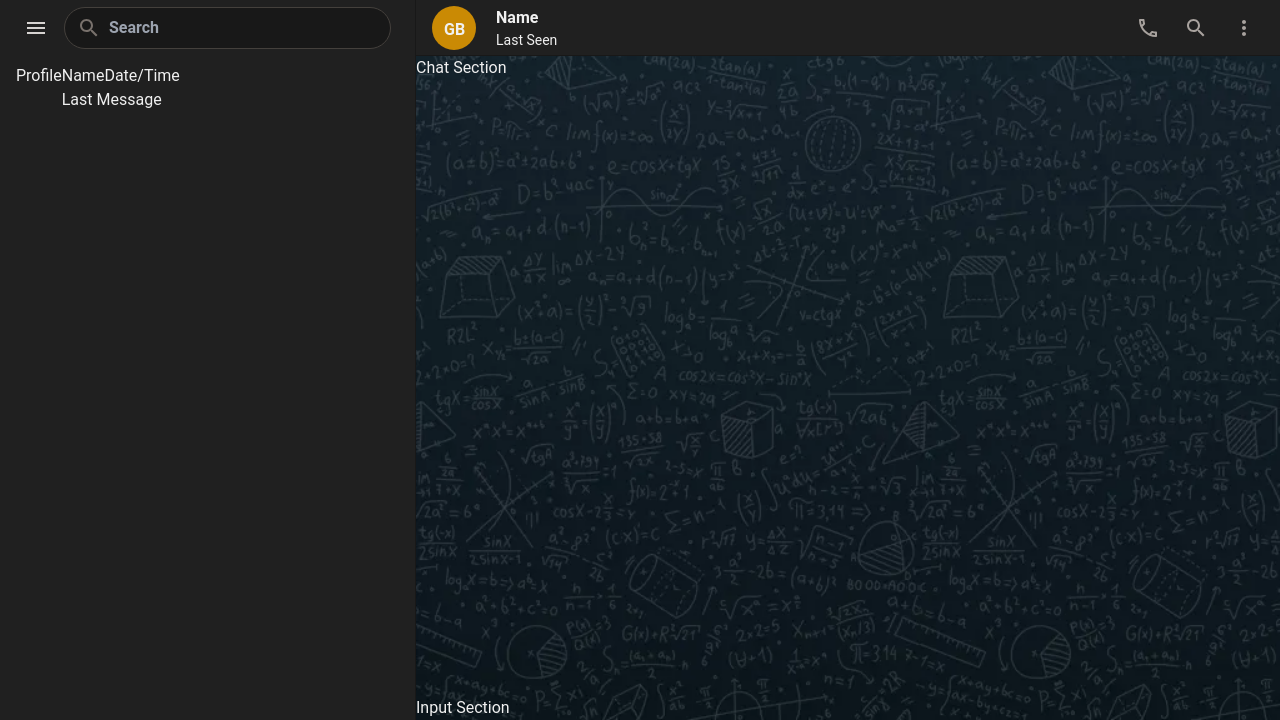
Repository: Qu4ntumGuy/telegram-clone
Page: /
These files come from the project's save history. The page is drawn as it stood at one moment and after the next save; the edit follows.
The browser window is 1280 px wide. The pictures show the whole page.
The page's requests for data from a server got no answer. The project was rebuilt for these pictures with package versions that can differ from the ones it lists, and the page was loaded fresh each time. No one was signed in, and anything a server would have sent is missing. Also part of the build but not shown: src/Pages/ChatPage.js/ChatPage.js.

Above is the page before, as saved 2024-07-15 13:37:56.

After the next save:
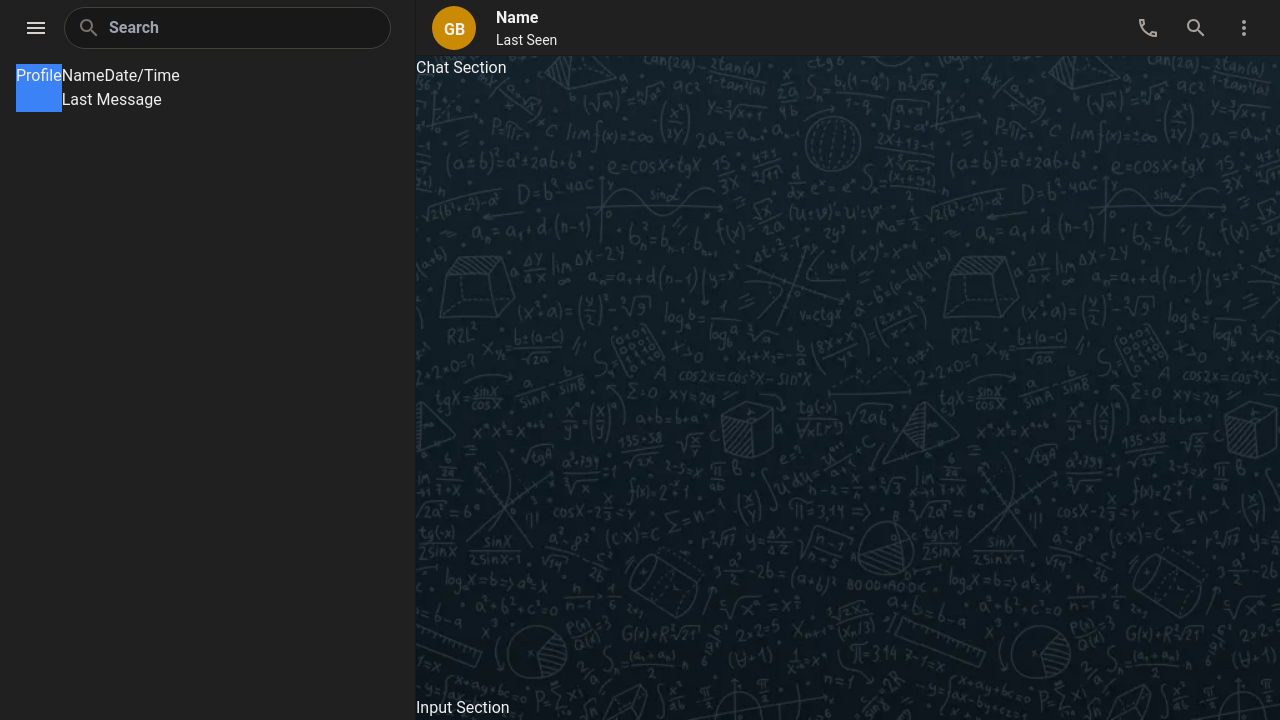
Saved 2 min 43 s later.
--- a/src/Components/Chat.js
+++ b/src/Components/Chat.js
@@ -3,7 +3,7 @@
 function Chat({ name, profile }) {
   return (
     <div className="flex hover:bg-stone-700 hover:bg-opacity-30 p-2 mx-2 rounded-lg">
-      <div>Profile</div>
+      <div className=" bg-blue-500">Profile</div>
       <div className="flex flex-col">
         <div className="flex">
           <div>Name</div>

After the save that followed:
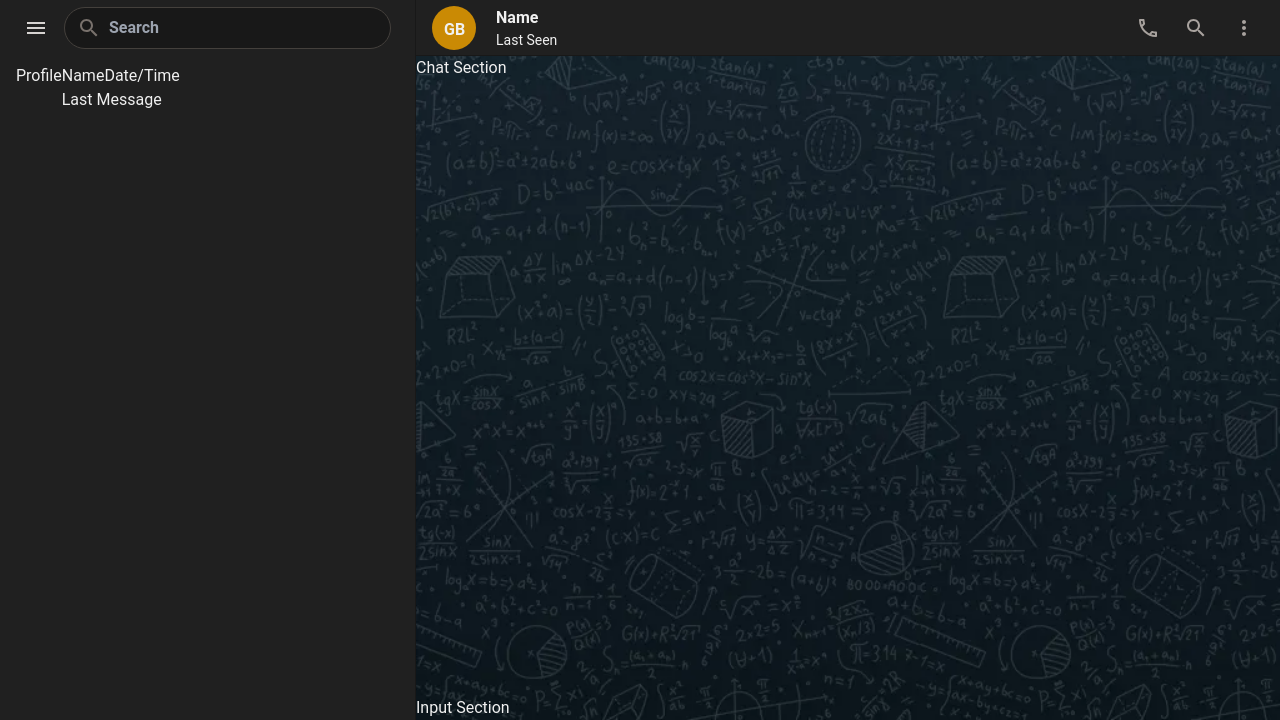
Saved 114 s later.
--- a/src/Components/Chat.js
+++ b/src/Components/Chat.js
@@ -3,7 +3,7 @@
 function Chat({ name, profile }) {
   return (
     <div className="flex hover:bg-stone-700 hover:bg-opacity-30 p-2 mx-2 rounded-lg">
-      <div className=" bg-blue-500">Profile</div>
+      <div className=" bg-radial-at-t from-blue-500 to-pink-500">Profile</div>
       <div className="flex flex-col">
         <div className="flex">
           <div>Name</div>
